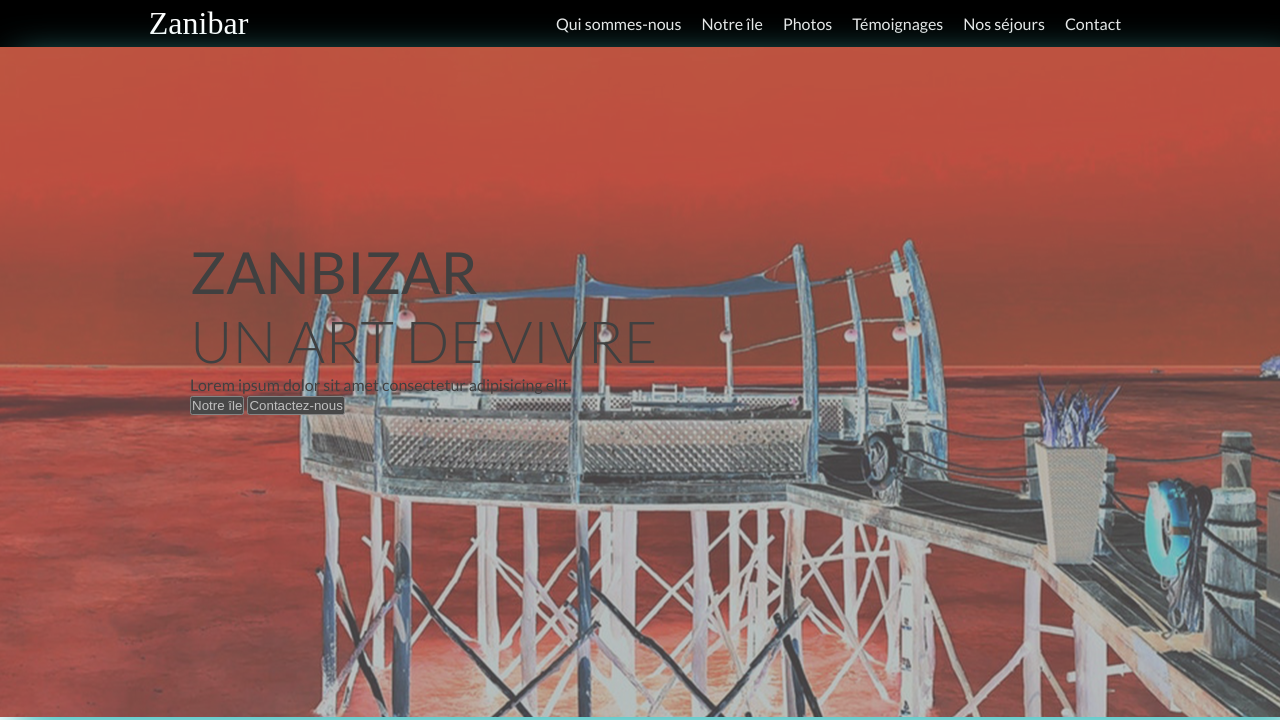
Repository: ypiard85/zanzibar
Page: index.html
The author's editor kept a copy of each file at every save. The page is drawn from the files as they stood at one save, then again after a run of saves.
The browser window is 1280 px wide. The pictures show the whole page.
Some web fonts or font styles are not loaded; a fallback is used.

Above is the page before, as saved 2021-02-23 15:07:50.

After the next 2 saves:
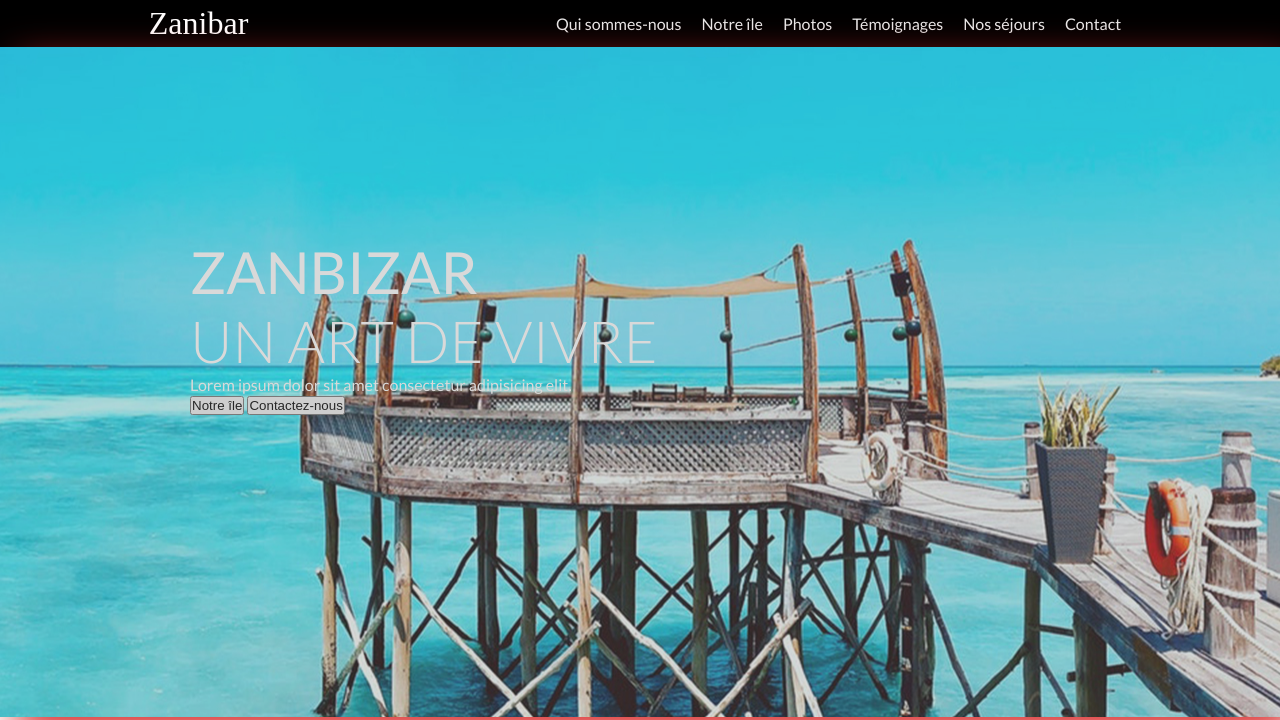
The 2 saves are shown as one change because they came seconds apart.
The last was saved 7 s later.
--- a/style.css
+++ b/style.css
@@ -46,7 +46,7 @@ html {
 
 .image_thumbnail{
     background-image: url('./header.jpg');
-    filter: drop-shadow(16px 16px 20px red) invert(75%);
+    filter: drop-shadow(16px 16px 20px red) invert(15%);
     background-repeat: no-repeat;
     background-position: center right;
     height: 93vh;
